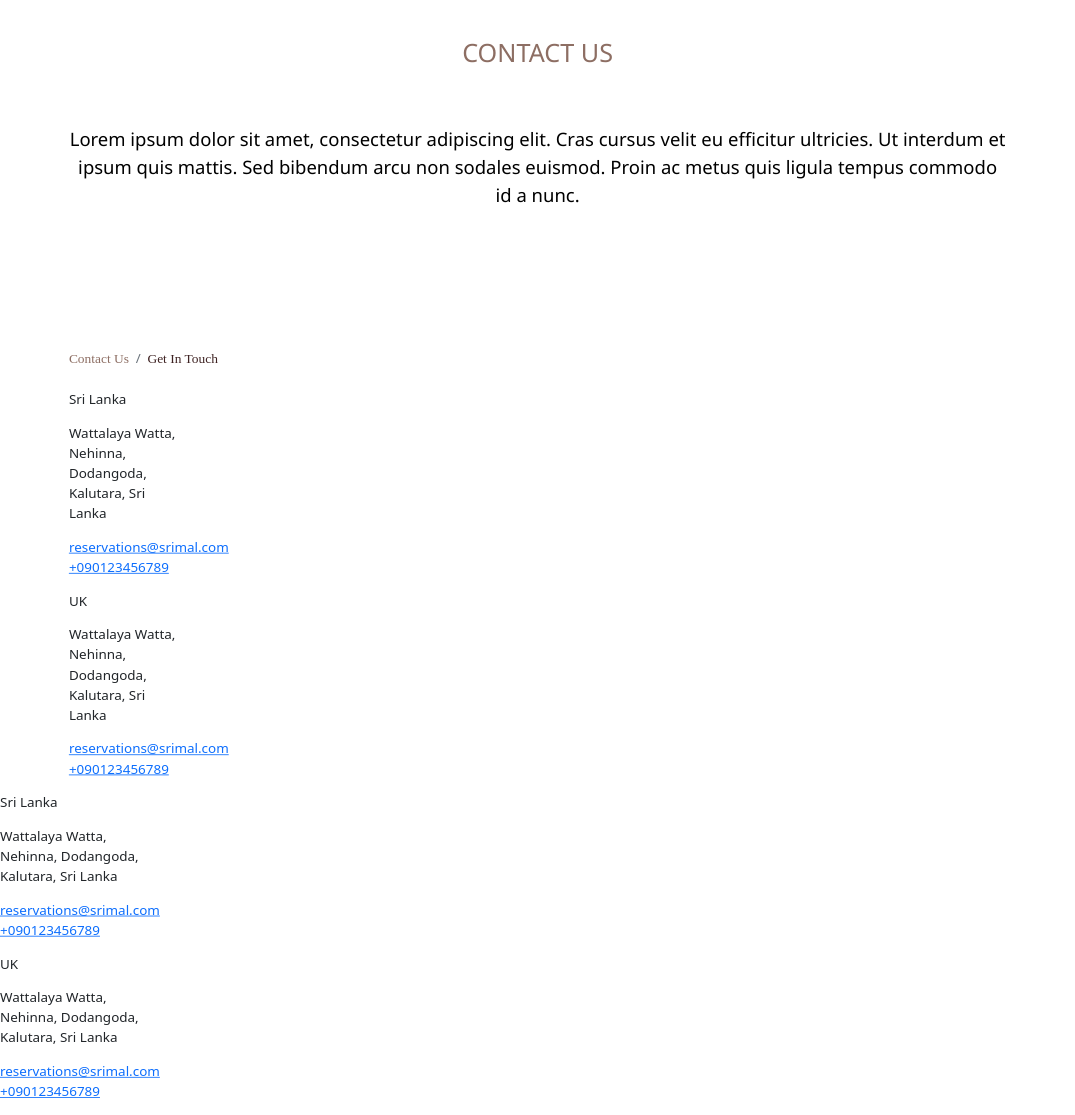
Repository: kaushalyaweerakoon/Plantation-Villa
Page: contact-us.html
These files come from the project's save history. The page is drawn as it stood at one moment and after the next save; the edit follows.
The browser window is 1280 px wide. The pictures show the whole page, at 84% of full size.
Some web fonts or font styles are not loaded; a fallback is used.

Above is the page before, as saved 2022-08-15 11:01:39.
Not found: assets/js/main.js

### contact-us.html
<!doctype html>
<html lang="en">

<head>
    <meta charset="utf-8">
    <meta name="viewport" content="width=device-width, initial-scale=1">

    <title>Plantation Villa| News Inner</title>

    <!-- Bootstrap css -->
    <link href="https://cdn.jsdelivr.net/npm/bootstrap@5.2.0-beta1/dist/css/bootstrap.min.css" rel="stylesheet"
        integrity="sha384-0evHe/X+R7YkIZDRvuzKMRqM+OrBnVFBL6DOitfPri4tjfHxaWutUpFmBp4vmVor" crossorigin="anonymous">

    <!-- fonts -->
    <link href="http://fonts.cdnfonts.com/css/segoe-ui-4" rel="stylesheet">
    <link rel="preconnect" href="https://fonts.googleapis.com">
    <link rel="preconnect" href="https://fonts.gstatic.com" crossorigin>

    <!-- swiperJS -->
    <link rel="stylesheet" href="https://unpkg.com/swiper@8/swiper-bundle.min.css" />

    <!-- custom css -->
    <link rel="stylesheet" href="asserts/css/main.css">

</head>


    <!-- Section 2-->
    <section class="container mt-md-4 mt-3 mb-5 pb-4">
        <p class="title pt-3">CONTACT US</p>

        <div class="text-center" id="">
            <p class="text">
                Lorem ipsum dolor sit amet, consectetur adipiscing elit. Cras cursus velit eu efficitur ultricies. Ut
                interdum et ipsum quis mattis. Sed bibendum arcu non sodales euismod. Proin ac metus quis ligula tempus
                commodo id a nunc.
            </p>
        </div>
    </section>


        <div class="container">

            <div class="row ">
                <div class="col">
                    <p class="mb-0 lh-1 fw-normal  fs-30-px text-white Lora-ff">Plantation Villa
                    </p>
                </div>
            </div>

            <!-- Breadcrumb -->
            <nav aria-label="" class="mt-5 mb-4 ">
                <ol class="breadcrumb">
                    <li class="breadcrumb-item"><a href="index.html"
                            class="breadcrumb-text fs-13-px text-font-family">Contact
                            Us </a>
                    <li class="breadcrumb-item"><a href="Integer Diam Gravida Fringilla.html" aria-current="page"
                            class="breadcrumb-text active fs-13-px text-font-family">Get In Touch</a>
                    </li>
                </ol>
            </nav>
            <!--/ Breadcrumb -->


            <div class="col-md-6 col-xl-2 pe-xl-5 order-1">
                <div class="row gy-3 gx-4">
                    <div class="col col-xl-12">
                        <p class="mb-3">Sri Lanka</p>
                        <p class="">Wattalaya Watta,
                            Nehinna, Dodangoda,
                            Kalutara, Sri Lanka</p>
                        <ul class="list-unstyled">
                            <li><a class="" href="reservations@srimal.com">reservations@srimal.com</a>
                            </li>
                            <li><a class="" href="tel:++090123456789">+090123456789</a></li>
                        </ul>
                    </div>
                </div>
            </div>


            <div class="col-md-6 col-xl-2 pe-xl-5 order-1">
                <div class="row gy-3 gx-4">
                    <div class="col col-xl-12">
                        <p class=" mb-3">UK</p>
                        <p class="">Wattalaya Watta,
                            Nehinna, Dodangoda,
                            Kalutara, Sri Lanka</p>
                        <ul class="list-unstyled">
                            <li><a class="" href="reservations@srimal.com">reservations@srimal.com</a>
                            </li>
                            <li><a class="" href="tel:++090123456789">+090123456789</a></li>
                        </ul>
                    </div>
                </div>
            </div>
        </div>


         <!-- col - 02 -->
                <div class="col-md-9 col-xl-2 pe-xl-5 order-1">
                    <div class="row gy-3 gx-4">
                        <div class="col col-xl-12">
                            <p class="tag-heading mb-3">Sri Lanka</p>
                            <p class="tag-colour">Wattalaya Watta,
                                Nehinna, Dodangoda,
                                Kalutara, Sri Lanka</p>
                            <ul class="list-unstyled">
                                <li><a class="tag-colour" href="reservations@srimal.com">reservations@srimal.com</a>
                                </li>
                                <li><a class="tag-colour" href="tel:++090123456789">+090123456789</a></li>
                            </ul>
                        </div>
                    </div>
                </div>
                <!--/ col - 02 -->

                <!-- col - 03 -->
                <div class="col-md-9 col-xl-2 pe-xl-5 order-1">
                    <div class="row gy-3 gx-4">
                        <div class="col col-xl-12">
                            <p class="tag-heading mb-3">UK</p>
                            <p class="tag-colour">Wattalaya Watta,
                                Nehinna, Dodangoda,
                                Kalutara, Sri Lanka</p>
                            <ul class="list-unstyled">
                                <li><a class="tag-colour" href="reservations@srimal.com">reservations@srimal.com</a>
                                </li>
                                <li><a class="tag-colour" href="tel:++090123456789">+090123456789</a></li>
                            </ul>
                        </div>
                    </div>
                </div>
                <!--/ col - 03 -->



    <!-- bootstrap -->
    <script src="https://cdn.jsdelivr.net/npm/bootstrap@5.2.0-beta1/dist/js/bootstrap.bundle.min.js"
        integrity="sha384-pprn3073KE6tl6bjs2QrFaJGz5/SUsLqktiwsUTF55Jfv3qYSDhgCecCxMW52nD2"
        crossorigin="anonymous"></script>

    <!-- swiperJS -->
    <script src="https://unpkg.com/swiper@8/swiper-bundle.min.js"></script>

    <!-- custom script -->
    <script src="assets/js/main.js"></script>


</body>

</html>

### asserts/css/main.css
/* Call the root */
:root {
  --Lora-font: 'Lora';
  --Segoe-font: 'Segoe UI';

  --font-size-14px: 18px;
  --font-size-20px: 20px;
  --font-size-22px: 22px;
  --font-size-25px: 25px;
  --font-size-30px: 30px;
  --font-size-35px: 35px;
  --font-size-40px: 40px;

  --font-color-8d6e63: #8d6e63;
  --font-color-3e2222: #3e2222;
  --bggreen: #7d824a;
  --co-white: #ffffff;
}

/* Create clases for fronts */
.Lora-ff {
  font-family: var(--Lora-font);
}

.Segoe-ff {
  font-family: var(--Segoe-font);
}

/* Create clases for front sizes*/
.fs-18-px {
  font-size: var(--font-size-18px)
}

.fs-20-px {
  font-size: var(--font-size-20px)
}

.fs-22-px {
  font-size: var(--font-size-22px)
}

.fs-25-px {
  font-size: var(--font-size-22px)
}

.fs-30-px {
  font-size: var(--font-size-30px)
}

.fs-35-px {
  font-size: var(--font-size-35px)
}

.fs-40-px {
  font-size: var(--font-size-40px)
}

/* Color */
.txt-purple {
  color: var(--font-color-8d6e63)
}

.txt-red {
  color: var(--font-color-3e2222)
}

/* news inner */

/* Breadcrumb */
.breadcrumb-text {
  font-family: var(--Lora-font);
  text-decoration: none;
  color: var(--font-color-8d6e63);
  font-weight: normal;
}

.breadcrumb-text.active {
  color: var(--font-color-3e2222);
  text-decoration: none;
  font-weight: normal;
}

.breadcrumb-text:hover {
  font-family: var(--Lora-font);
  font-size: var(--font-size-35px);
  color: var(--font-color-8d6e63);
  text-decoration: none;
}

/* -- */

.newsinner-date {
  color: var(--font-color-8d6e63);
  font-family: var(--Segoe-font);
  font-size: var(--font-size-20px);
}

.newsinner-head {
  color: var(--font-color-3e2222);
  font-family: var(--Lora-font);
  font-size: 45px;
  font-weight: normal;
}

.newsinner-text{
  font-size: var(--font-size-22px);
  font-family: var(--Segoe-font);
}

/* Heading */

.title {
  font-size: var(--font-size-30px);
  font-family: var(--Segoe-font);
  color: var(--font-color-8d6e63);
  text-align: center;
  margin-bottom: clamp(40px, 5vw, 71px);
}
.text{
  font-size: var(--font-size-22px);
  font-family: var(--Segoe-font);
  color: #000;
}

After the next save:
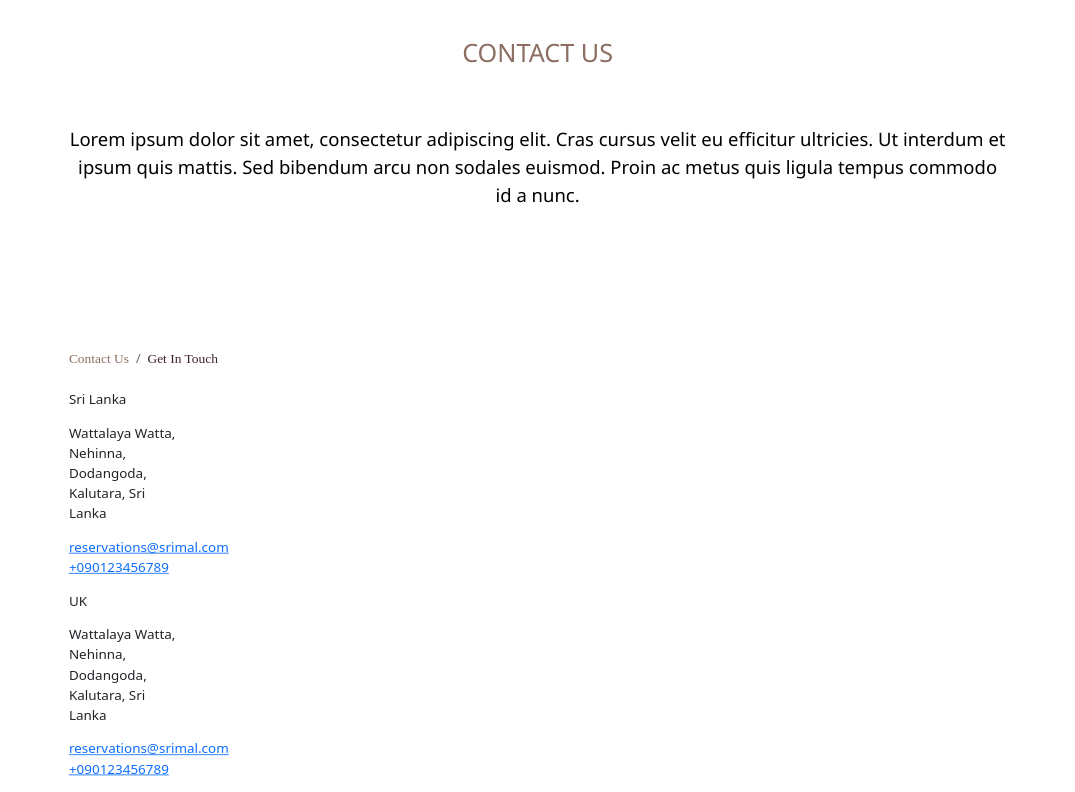
Saved 11 s later.
--- a/contact-us.html
+++ b/contact-us.html
@@ -97,41 +97,7 @@
         </div>
 
 
-         <!-- col - 02 -->
-                <div class="col-md-9 col-xl-2 pe-xl-5 order-1">
-                    <div class="row gy-3 gx-4">
-                        <div class="col col-xl-12">
-                            <p class="tag-heading mb-3">Sri Lanka</p>
-                            <p class="tag-colour">Wattalaya Watta,
-                                Nehinna, Dodangoda,
-                                Kalutara, Sri Lanka</p>
-                            <ul class="list-unstyled">
-                                <li><a class="tag-colour" href="reservations@srimal.com">reservations@srimal.com</a>
-                                </li>
-                                <li><a class="tag-colour" href="tel:++090123456789">+090123456789</a></li>
-                            </ul>
-                        </div>
-                    </div>
-                </div>
-                <!--/ col - 02 -->
 
-                <!-- col - 03 -->
-                <div class="col-md-9 col-xl-2 pe-xl-5 order-1">
-                    <div class="row gy-3 gx-4">
-                        <div class="col col-xl-12">
-                            <p class="tag-heading mb-3">UK</p>
-                            <p class="tag-colour">Wattalaya Watta,
-                                Nehinna, Dodangoda,
-                                Kalutara, Sri Lanka</p>
-                            <ul class="list-unstyled">
-                                <li><a class="tag-colour" href="reservations@srimal.com">reservations@srimal.com</a>
-                                </li>
-                                <li><a class="tag-colour" href="tel:++090123456789">+090123456789</a></li>
-                            </ul>
-                        </div>
-                    </div>
-                </div>
-                <!--/ col - 03 -->
 
 
 
